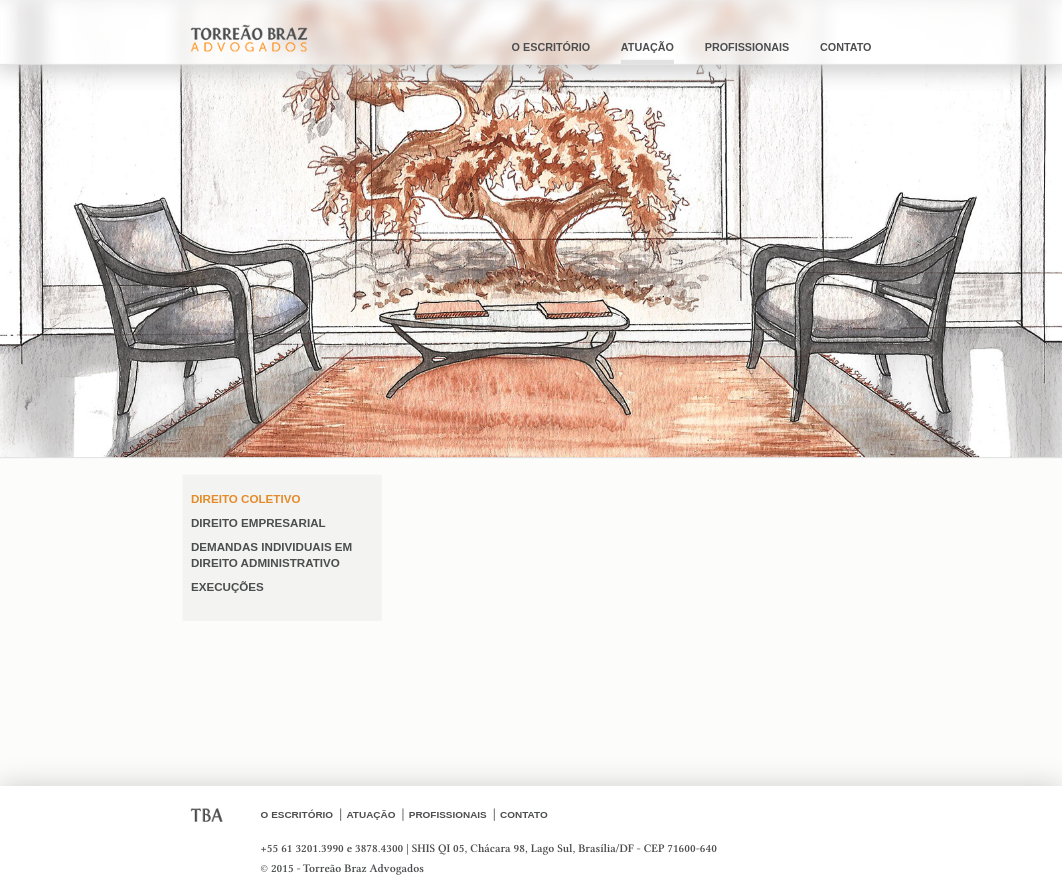
Repository: flira/torreao-braz
Page: dev/atuacao.html
The author's editor kept a record of every edit. The page is drawn from the files as they stood at one moment, then again after the next edit.
The browser window is 1280 px wide. The pictures show the whole page, at 83% of full size.
Some web libraries are served in a nearby version.

Above is the page before.

### dev/atuacao.html
<!DOCTYPE html>
<html class="no-js" lang="pt-BR" itemscope="itemscope" itemtype="http://schema.org/WebPage">

<head>
  <meta charset="utf-8">
  <!--[if IE]>
    <meta http-equiv="X-UA-Compatible" content="IE=Edge,chrome=1"/>
  <![endif]-->
  <meta name="viewport" content="width=device-width, initial-scale=1, minimal-ui">
  <meta http-equiv="cleartype" content="on">
  <title>Torreão Braz Advogados | Atuação</title>
  <meta name="description" content="Página do escritório de advocacia Torreão Braz">
  <meta property="og:url" content="http://www.torreaobraz.com.br" />
  <meta property="og:title" content="Torreão Braz Advogados" />
  <meta property="og:type" content="torreaobraz:page" />
  <meta property="og:image" content="favicon.png" />
  <meta property="og:description" content="Página do escritório de advocacia Torreão Braz" />
  <link rel="shortcut icon" href="favicon.png" type="image/png">
  <link rel="stylesheet" href="styles/style.css">
</head>

<body id="atuacao">
  <header class="body-header">
    <div class="encap">
      <h1 class="logo"><a href="/" title="Torreão Braz Advogados"></a></h1>
      <span class="main-menu-btn" id="main-menu-btn"></span>
      <nav id="main-menu-encap">
        <ul class="main-menu">
          <li><a href="escritorio.html">O escritório</a>
          </li>
          <li><a href="atuacao.html" class="selected">Atuação</a>
          </li>
          <li><a href="profissionais.html">Profissionais</a>
          </li>
          <!--<li><a href="publicacoes.html">Publicações</a>
          </li>-->
          <li><a href="contato.html">Contato</a>
          </li>
        </ul>
      </nav>
    </div>
  </header>
  <div class="blurheader"></div>
  <div role="main" id="main">
    <figure class="hero" id="hero"></figure>
    <div class="encap options">
      <ul class="options-list" id="options-list">
        <li><a href="#item-3" class="selected">Direito coletivo</a></li>
        <li><a href="#item-1">Direito empresarial</a></li>
        <li><a href="#item-2">Demandas individuais em direito administrativo</a></li>
        <li><a href="#item-4">Execuções</a></li>
      </ul>
      <div class="options-content">
        <div id="item-1">
          <h1>Núcleo de Direito Empresarial</h1>
          <p>O Núcleo de Direito Empresarial presta assessoria jurídica consultiva e contenciosa ao empresariado nas demandas oriundas de suas atividades. A notória expertise dos profissionais em direito administrativo permitiu também que a atuação se voltasse às relações empresariais estabelecidas com o Poder Público, seja nas parcerias entre o Público e o Privado, seja nas contratações diretas com entes Públicos, ou ainda em formas diversas de interação econômica de natureza administrativa.</p>
          <p>Entre os serviços prestados destacam-se: elaboração/revisão de atos societários e contratos; atendimento de consultas jurídicas de interesse da empresa em diferentes áreas do direito, tais como administrativa, trabalhista, cível, comercial e societária; assessoria jurídica em procedimentos licitatórios; rediscussão de contratos administrativos, na busca, por exemplo, da recomposição do reequilíbrio econômico-financeiro.</p>
          <p>Além dos ramos tradicionais da atividade empresarial, o Núcleo de Direito Empresarial do Torreão Braz Advogados busca atender às demandas decorrentes de novas realidades jurídicas originadas da dinâmica empresarial contemporânea, suprindo as necessidades de empresas e empresários voltados à inovação por meio de assessoria especializada desde a fase de incubação de projetos.</p>
          <h2>Advogados Integrantes</h2>
          <ul>
            <li><em>Diretora:</em> Bárbara de Andrade Cunha e Toni OAB/DF 29.280 e OAB/MG 155.236</li>
            <li>Luciano Ribeiro Reis Barros OAB 21.701 e OAB/MG 155.539</li>
            <li>Luis Gustavo Freitas da Silva OAB/DF 23.371</li>
            <li>Ana Maria Vaz de Oliveira OAB/MG 45.467 e OAB/DF 23.625</li>
          </ul>
          <!-- <h2>Áreas de Atuação</h2>
          <ul>
            <li>Direito Empresarial</li>
            <li>Direito Trabalhista</li>
            <li>Direito Previdenciário</li>
            <li>Direito Imobiliário</li>
          </ul> -->
        </div>

        <div id="item-2">
          <h1>Núcleo de Demandas Individuais em Direito Administrativo</h1>
          <p>O Núcleo de Demandas Individuais em Direito Administrativo atua com profissionais experientes na defesa dos servidores perante a Administração Pública, da investidura no cargo até a aposentadoria.</p>
          <p>Tem como foco a defesa de direitos em concursos públicos, licenças, afastamentos, enquadramentos, gratificações de desempenho, aposentadorias e pensões. Destaca-se, também, na atividade consultiva e na elaboração de pareceres que orientam os servidores ao longo de toda a sua jornada profissional.</p>
          <p>Decorrentes da Constituição e das próprias leis que os regem, o exercício pelos servidores públicos dos seus direitos e deveres atrai a necessidade de informação, planejamento e defesa dos interesses durante toda a sua complexa e multifacetada trajetória.</p>
          <h2>Advogados Integrantes</h2>
          <ul>
            <li><em>Diretor:</em> Artur de Sousa Carrijo - OAB/DF 35.218</li>
            <li>Gabriela Gonçalves Teixeira C. Rocha - OAB/DF 29.234</li>
            <li>Luiza Emrich Torreão Braz - OAB/DF 38.083</li>
            <li>Susana Botár Mendonça - OAB/DF 44.800</li>
            <li>Renan Palhares Torreão Braz - OAB/DF 46.026</li>
          </ul>
        </div>

        <div id="item-3">
          <h1>Núcleo de Direito Coletivo</h1>
          <p>O Núcleo de Direito Coletivo é composto por advogados especializados em Direito Administrativo, principalmente na defesa dos direitos dos servidores públicos. Nessa área, presta serviços a diversas entidades de classe – sindicatos e associações – na advocacia contenciosa e consultiva.</p>
          <p>No tocante ao contencioso judicial, o Núcleo de Direito Coletivo propõe ações coletivas que visam à proteção dos direitos individuais homogêneos e dos direitos coletivos dos servidores. Além das medidas coletivas ordinárias, as ações constitucionais – Mandados de Segurança Coletivos, Mandados de Injunção Coletivos, Ações Diretas de Inconstitucionalidade, Reclamações, Arguições de Descumprimento de Preceito Fundamental, entre outras – são eficazes instrumentos utilizados no combate às irregularidades praticadas pelo Poder Público.</p>
          <p>Em relação à atividade consultiva, o Núcleo assegura ampla assessoria para as diretorias dos sindicatos e das associações. Nessa linha, analisa os atos de constituição e de estruturação dos seus clientes, bem como elabora pareceres, ofícios e requerimentos administrativos que subsidiam a atuação das entidades junto aos órgãos estatais.</p>
          <h2>Advogados Integrantes</h2>
          <ul>
            <li><em>Diretor:</em> Bruno Fischgold - OAB/DF 24.133</li>
            <li>Ana Torreão Braz Lucas de Morais - OAB/DF 24.128</li>
            <li>Larissa Benevides Gadelha Campos - OAB/DF 29.268</li>
            <li>Liliana Mascarenhas Coutinho - OAB/DF 38.781</li>
            <li>Júlia Pauro Oliveira - OAB/DF 40.361</li>
            <li>Deborah de Andrade Cunha e Toni - OAB/DF 43.145</li>
          </ul>
        </div>
        <div id="item-4">
          <h1>Núcleo de Execuções</h1>
          <p>O Núcleo de Execuções se dedica à concretização do direito reconhecido nas ações coletivas, mediante o efetivo pagamento dos valores devidos a cada beneficiário. Busca soluções inovadoras para o ajuizamento e a condução de execuções coletivas e individuais, o que envolve a liquidação e o cálculo dos créditos, bem como a organização de medidas individualizadas em favor de um grande número de pessoas.</p>
          <p>A equipe conta com profissionais experientes em execuções de títulos judiciais coletivos e com especialidade técnica voltada para as rotinas envolvidas na individualização do direito coletivo, tais como: identificação dos beneficiários; recebimento, triagem e organização dos documentos necessários à execução; cálculo judicial dos montantes devidos; propositura e acompanhamento dos processos desmembrados (gestão digital de processos em escala); disponibilidade de toda a informação útil à Entidade e ao filiado; dentre outras.</p>
          <p>A partir do domínio dessas competências organizacionais, o Núcleo de Execuções estende suas atividades a quaisquer tipos de execução – coletiva e individual, com ênfase em créditos contra a Fazenda Pública – e a outros procedimento em escala para a tutela de interesses coletivos e assistência jurídica a grande número de interessados.</p>
          <h2>Advogados Integrantes</h2>
          <ul>
            <li><em>Diretor:</em> Carlos Magno da Silva - OAB/DF 28.464</li>
            <li>Marcelo Assunção - OAB/DF 34.695</li>
            <li>Laura Carneiro de Mello Senra - OAB/DF 43.076</li>
            <li>Edilene Rossi Lacerda - OAB/DF 15.074</li>
            <li>Camila Tiburtino de Sena Fischgold - OAB/DF 29.363</li>
            <li>João Pereira Monteiro Neto - OAB/DF 28.571</li>
          </ul>
        </div>
      </div>
    </div>
  </div>
  <footer class="body-footer">
    <div class="encap">
      <div class="footer-logo">
        <a href="/" class="logo" title="Torreão Braz Advogados"></a>
      </div>
      <div class="footer-about">
        <nav>
          <ul class="site-map">
            <li><a href="escritorio.html">O escritório</a>
            </li>
            <li><a href="atuacao.html">Atuação</a>
            </li>
            <li><a href="profissionais.html">Profissionais</a>
            </li>
            <!--<li><a href="publicacoes.html">Publicações</a>
            </li>-->
            <li><a href="contato.html">Contato</a>
            </li>
          </ul>
        </nav>
        <div class="colofon">
          <address>
        +55 61 3201.3990 e 3878.4300 | SHIS QI 05, Chácara 98, Lago Sul, Brasília/DF - CEP 71600-640
          </address>
          <p class="copyright">
            © 2015 - Torreão Braz Advogados
          </p>
        </div>
      </div>
    </div>
  </footer>
  <script src="https://ajax.googleapis.com/ajax/libs/jquery/1.11.1/jquery.min.js"></script>
  <script src="scripts/scripts.js"></script>
  <script>
    (function(i,s,o,g,r,a,m){i['GoogleAnalyticsObject']=r;i[r]=i[r]||function(){
    (i[r].q=i[r].q||[]).push(arguments)},i[r].l=1*new Date();a=s.createElement(o),
    m=s.getElementsByTagName(o)[0];a.async=1;a.src=g;m.parentNode.insertBefore(a,m)
    })(window,document,'script','//www.google-analytics.com/analytics.js','ga');

    ga('create', 'UA-61024878-1', 'auto');
    ga('send', 'pageview');

  </script>
</body>

</html>

Loaded but not shown: dev/styles/style.css (library); dev/scripts/scripts.js (library)

After the next edit:
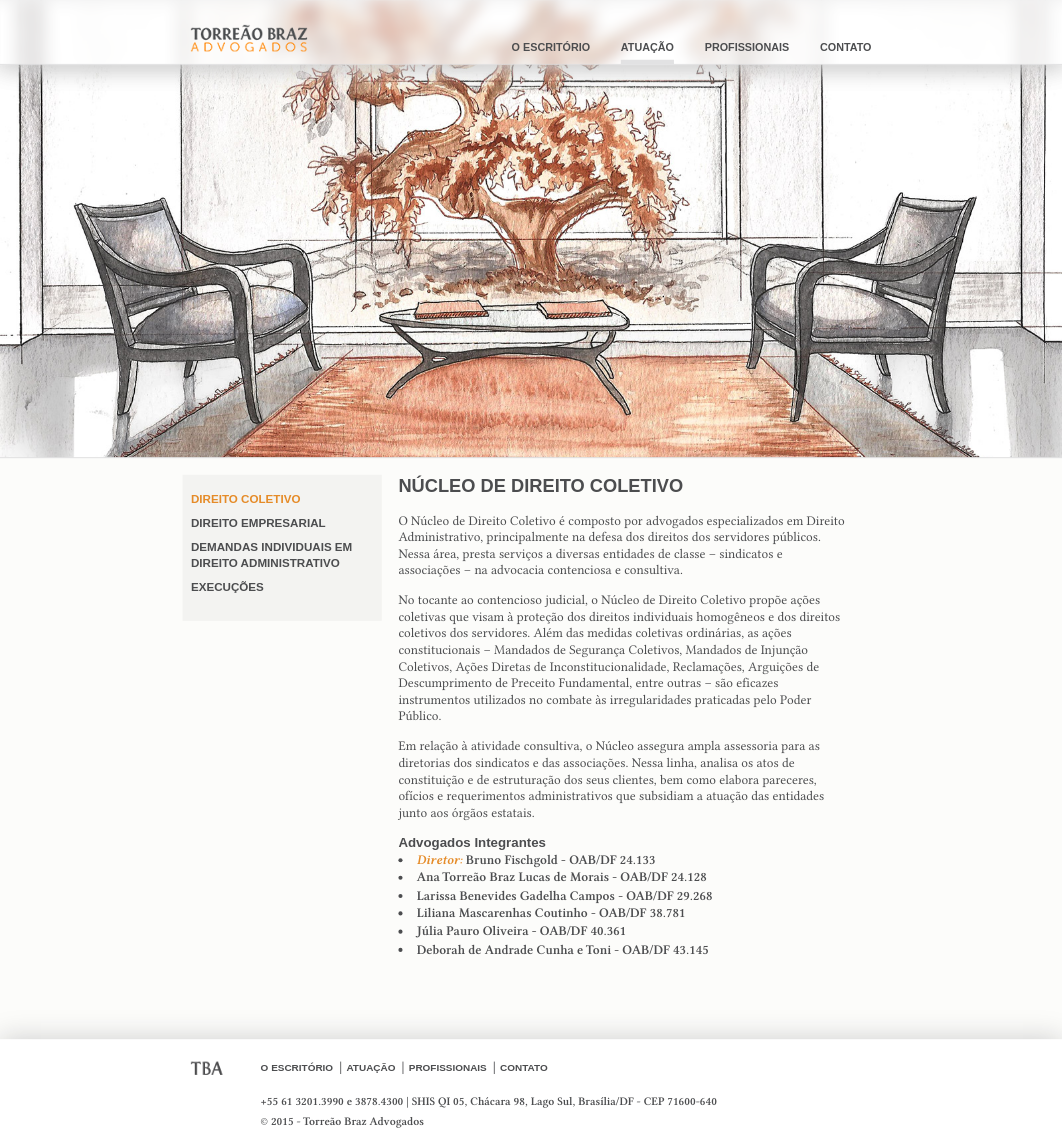
The edit:
--- a/dev/atuacao.html
+++ b/dev/atuacao.html
@@ -87,7 +87,7 @@
           </ul>
         </div>
 
-        <div id="item-3">
+        <div id="item-3" class="selected">
           <h1>Núcleo de Direito Coletivo</h1>
           <p>O Núcleo de Direito Coletivo é composto por advogados especializados em Direito Administrativo, principalmente na defesa dos direitos dos servidores públicos. Nessa área, presta serviços a diversas entidades de classe – sindicatos e associações – na advocacia contenciosa e consultiva.</p>
           <p>No tocante ao contencioso judicial, o Núcleo de Direito Coletivo propõe ações coletivas que visam à proteção dos direitos individuais homogêneos e dos direitos coletivos dos servidores. Além das medidas coletivas ordinárias, as ações constitucionais – Mandados de Segurança Coletivos, Mandados de Injunção Coletivos, Ações Diretas de Inconstitucionalidade, Reclamações, Arguições de Descumprimento de Preceito Fundamental, entre outras – são eficazes instrumentos utilizados no combate às irregularidades praticadas pelo Poder Público.</p>
